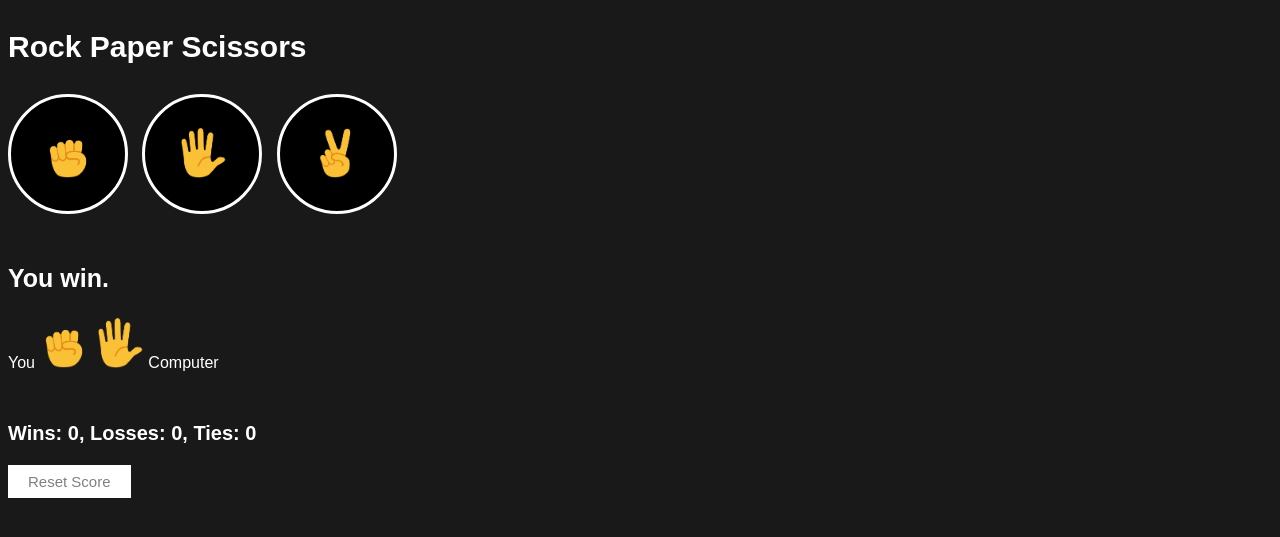
Repository: Samkiroko/Javascript-course
Page: 10-rock-paper-scissior.html
These files come from the project's save history. The page is drawn as it stood at one moment and after the next save; the edit follows.
The browser window is 1280 px wide. The pictures show the whole page.

Above is the page before, as saved 2023-08-28 11:36:34.

After the next save:
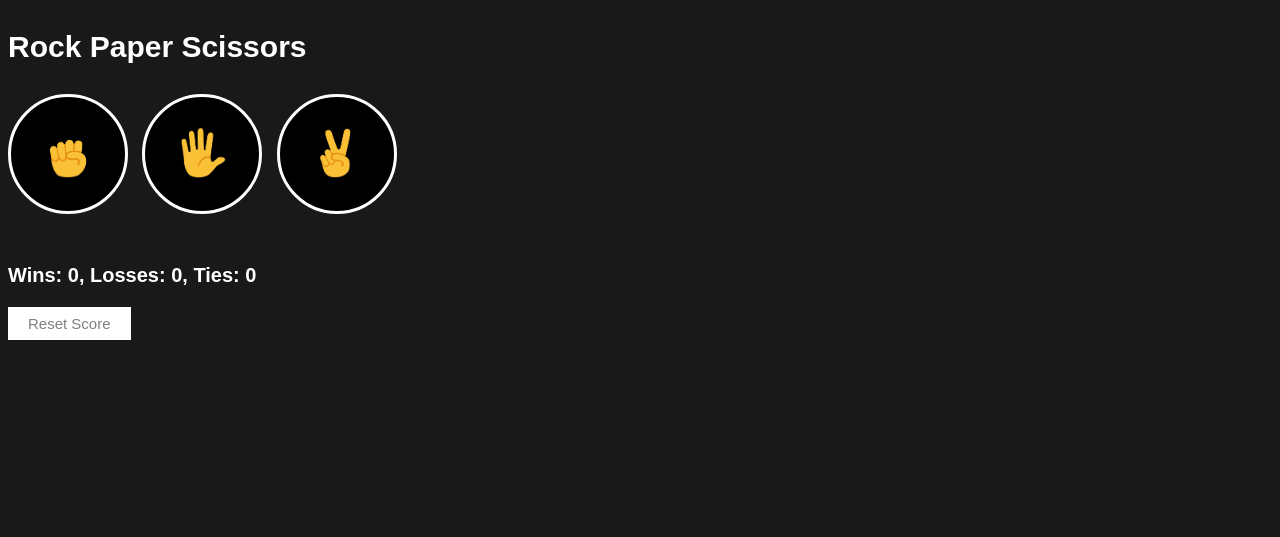
Saved 2 min 45 s later.
--- a/10-rock-paper-scissior.html
+++ b/10-rock-paper-scissior.html
@@ -72,15 +72,8 @@
     >
       <img src="/img/scissors-emoji.png" alt="Scissors" class="move-icon" />
     </button>
-    <p class="js-result result">You win.</p>
-    <p class="js-moves">
-      You
-      <span class=""
-        ><img src="/img/rock-emoji.png" alt="" class="move-icon" />
-        <img src="/img/paper-emoji.png" alt="" class="move-icon" />
-      </span>
-      Computer
-    </p>
+    <p class="js-result result"></p>
+    <p class="js-moves"></p>
     <p class="js-score score"></p>
 
     <button
@@ -159,9 +152,12 @@
         updateScoreElement();
 
         document.querySelector('.js-result').innerHTML = result;
-        document.querySelector(
-          '.js-moves'
-        ).innerHTML = `You picked ${playerMove} - Computer picked ${computerMove}.`;
+        document.querySelector('.js-moves').innerHTML = `You
+      <span class=""
+        ><img src="/img/${playerMove}-emoji.png" alt="" class="move-icon" />
+        <img src="/img/${computerMove}-emoji.png" alt="" class="move-icon" />
+      </span>
+      Computer`;
       }
 
       function updateScoreElement() {
